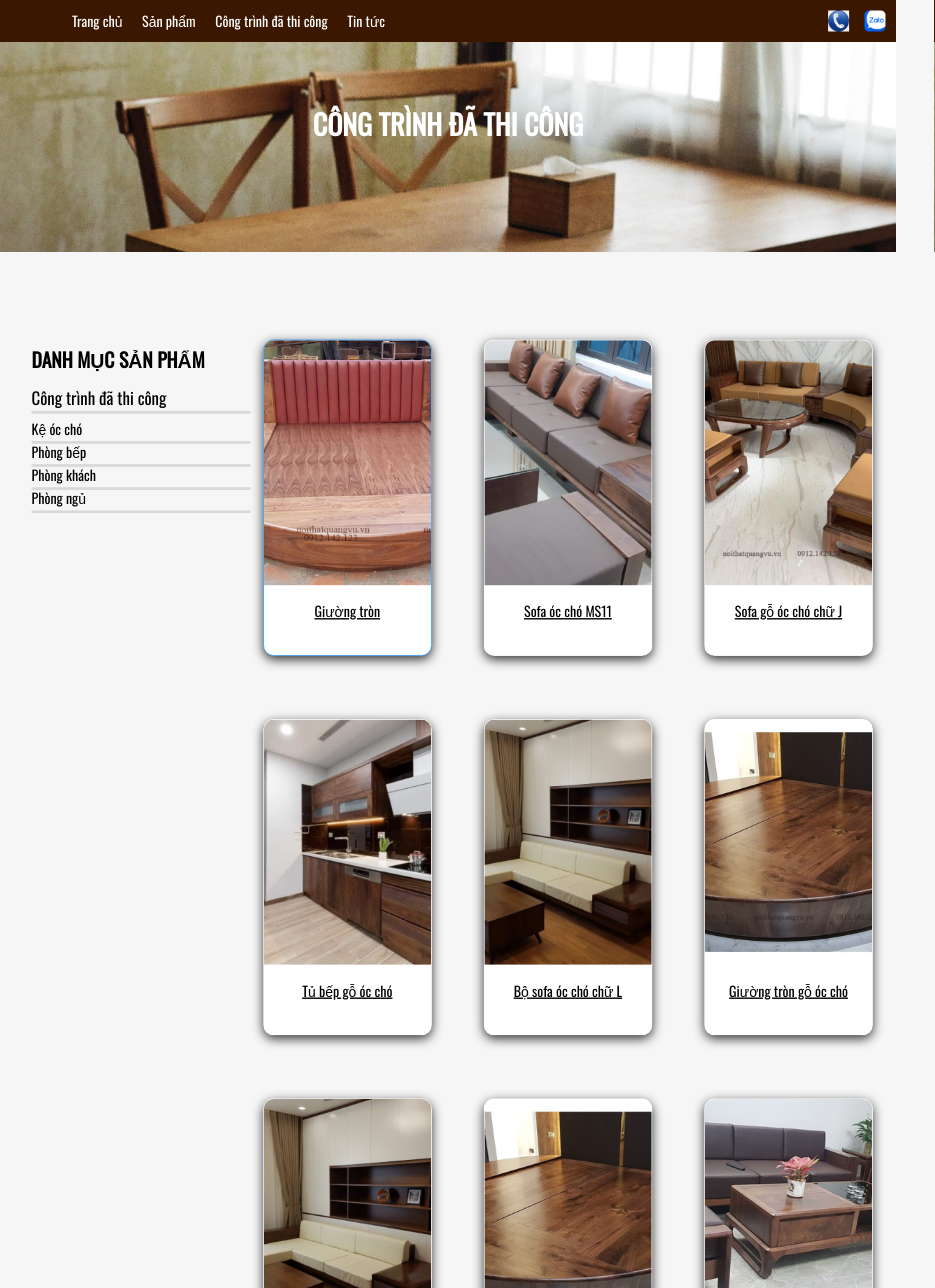
Repository: KHANHD192/FigmaTo-HTML
Page: APP-SHOP/ctdtc.html
These files come from the project's save history. The page is drawn as it stood at one moment and after the next save; the edit follows.
The browser window is 1280 px wide. The page is 1335 px wide, so the pictures cover 1335 px, including what lies to the right of the window. The pictures show the part of the page from y = 0 to 1840 px (the page is 3283 px tall before and 3293 px after), at 70% of full size.
The pointer rests on the first visible `.list__item li`.

Above is the page before, as saved 2022-11-22 16:00:02.

After the next save:
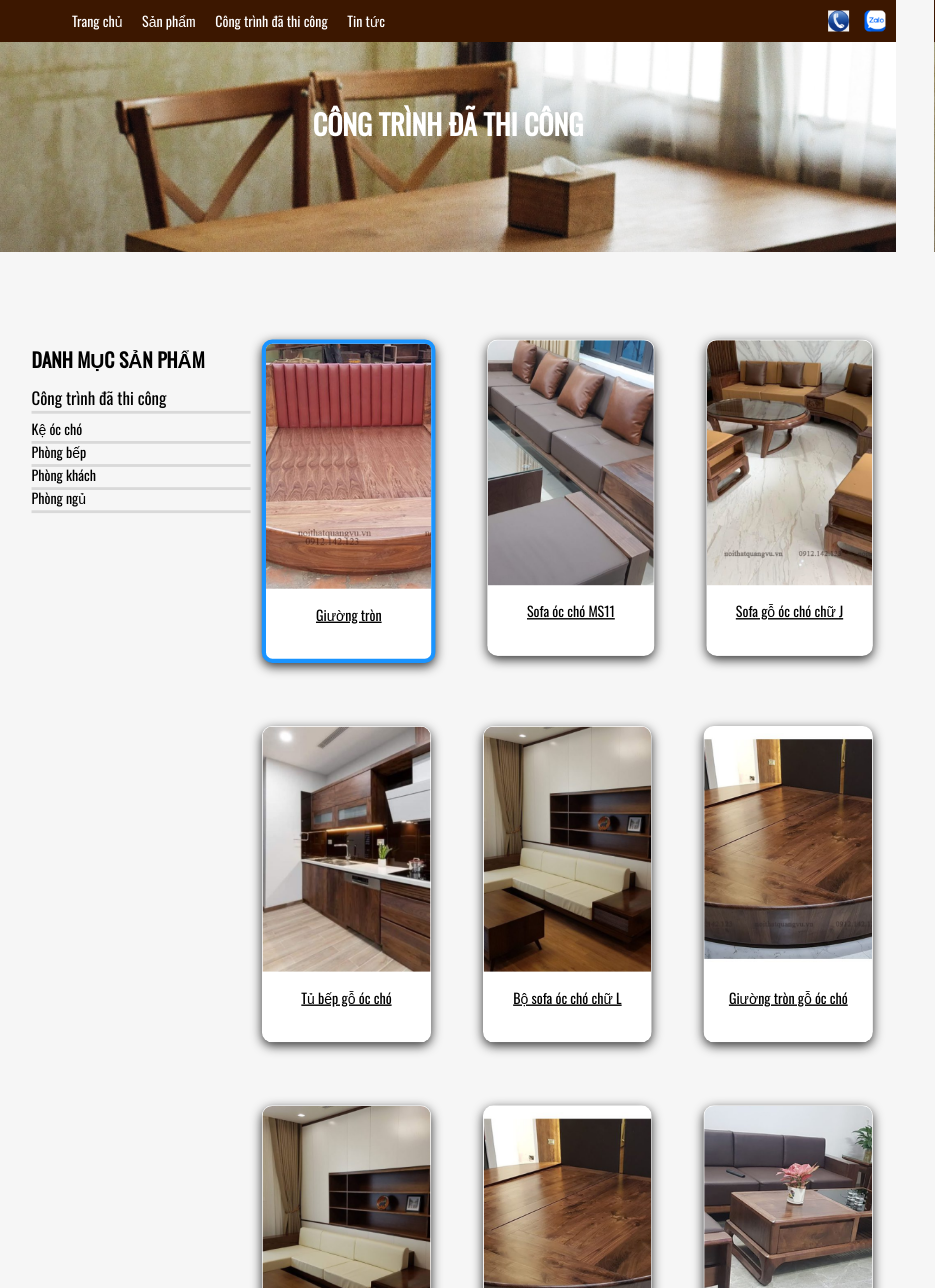
Saved 27 s later.
--- a/APP-SHOP/asset/Css_main/main.css
+++ b/APP-SHOP/asset/Css_main/main.css
@@ -43,7 +43,7 @@
     box-shadow: #333 0px 5px 15px;
 }
 .list__item li:hover{
-    border: 1px solid #1a94ff;
+    border: 6px solid #1a94ff;
 }
 .list__item li:last-child{
     margin-right: 0;

After the save that followed:
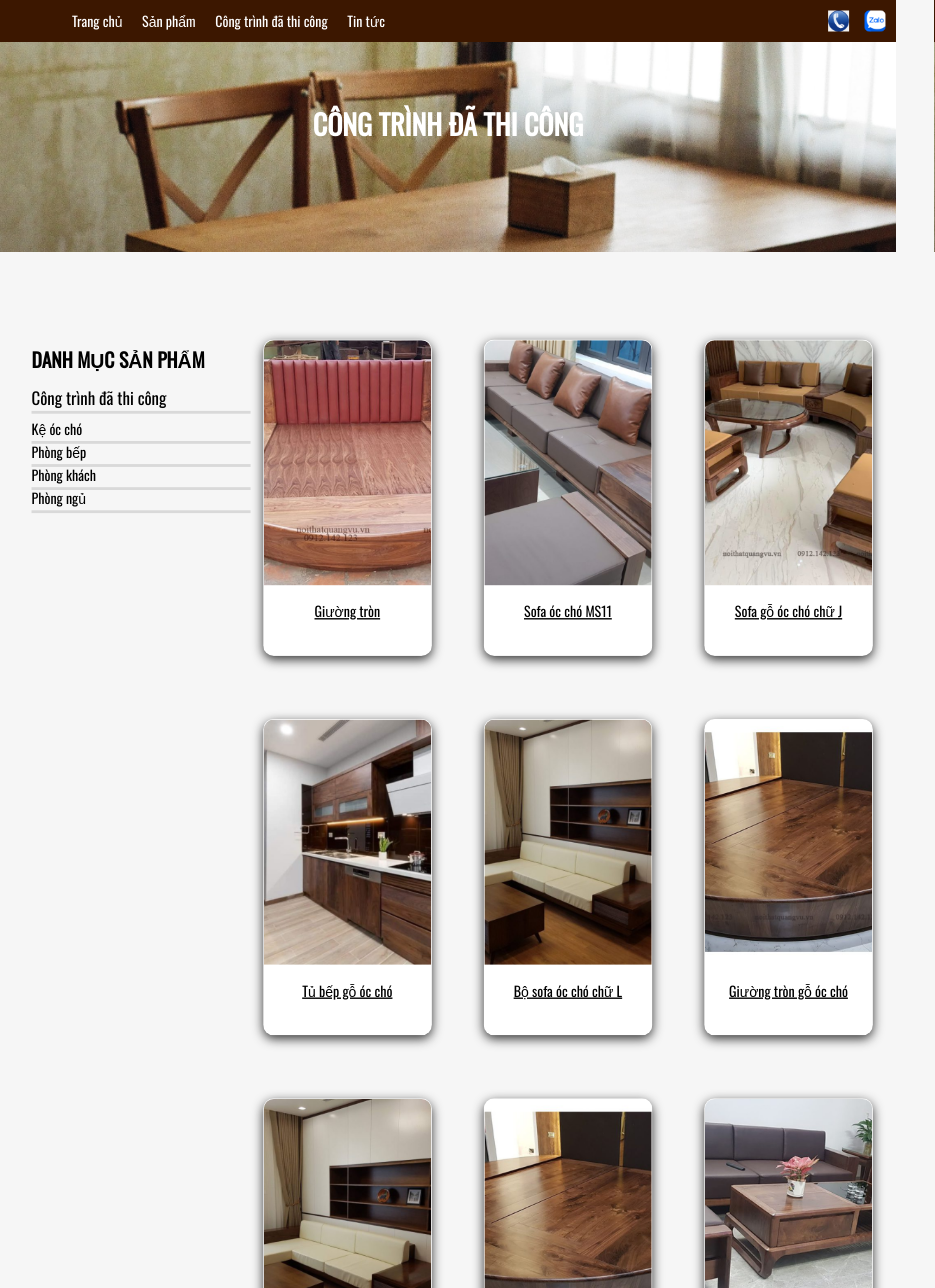
Saved 14 s later.
--- a/APP-SHOP/asset/Css_main/main.css
+++ b/APP-SHOP/asset/Css_main/main.css
@@ -41,9 +41,6 @@
     overflow:hidden;
     border-radius: 15px;
     box-shadow: #333 0px 5px 15px;
-}
-.list__item li:hover{
-    border: 6px solid #1a94ff;
 }
 .list__item li:last-child{
     margin-right: 0;
